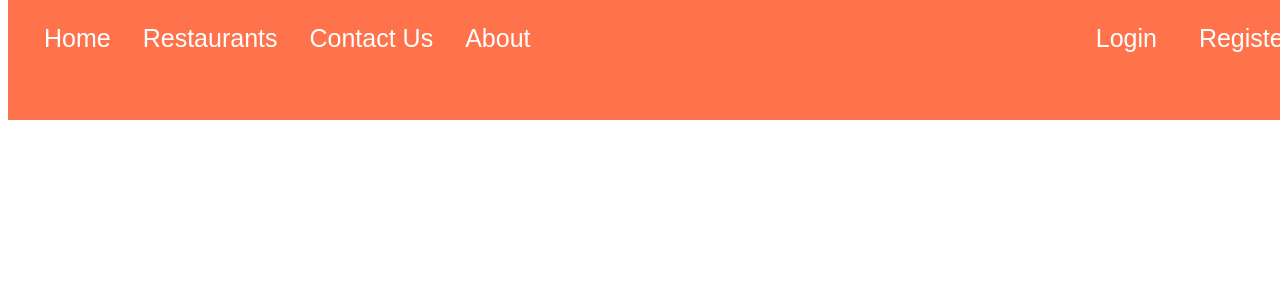
Repository: Sujith-B-S/Food-Application
Page: http://localhost/FoodApplication/home.jsp
An editor plug-in stored every save of this project. The page is shown before and after the next save, followed by the edit.
The browser window is 1280 px wide. The pictures show the whole page.
Some web fonts or font styles are not loaded; a fallback is used. The page is served by Tomcat 9.

Above is the page before, as saved 2024-11-15 19:10:14.

After the next save:
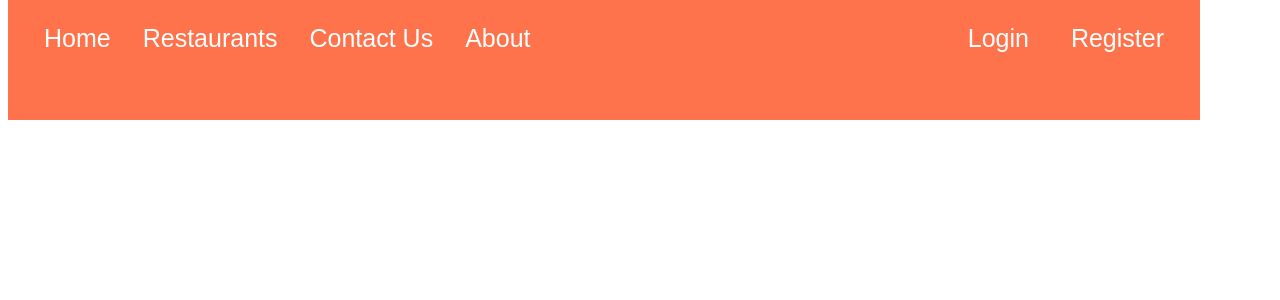
Saved 33 s later.
--- a/FoodApplication/src/main/webapp/home.jsp
+++ b/FoodApplication/src/main/webapp/home.jsp
@@ -21,7 +21,7 @@
          	overflow: hidden;
 	        position: fixed; /* Set the navbar to fixed position */
 		    top: 0; /* Position the navbar at the top of the page */
-		    width: 100%; /* Full width */
+		    width: 90%; /* Full width */
             background-color: #FF734C;
             overflow: hidden;
             height: 100px;
